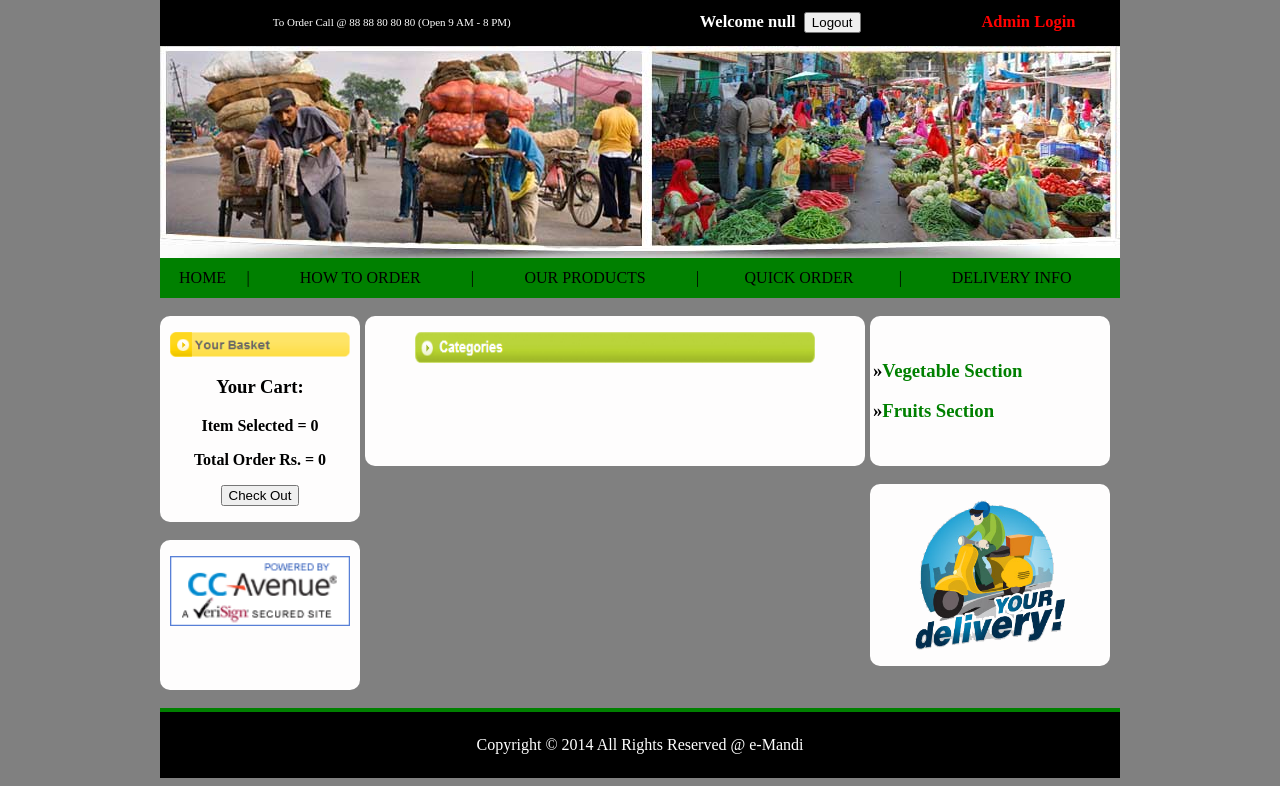
Repository: aashi12/e_mandi
Page: http://localhost/e_mandi/vegitable.jsp
The author's editor kept a copy of each file at every save. The page is drawn from the files as they stood at one save, then again after the next save.
The browser window is 1280 px wide. The pictures show the whole page.
The page is served by Tomcat 9. Queries for data that is not in the repository find no rows.

Above is the page before, as saved 2014-04-18 12:42:01.

After the next save:
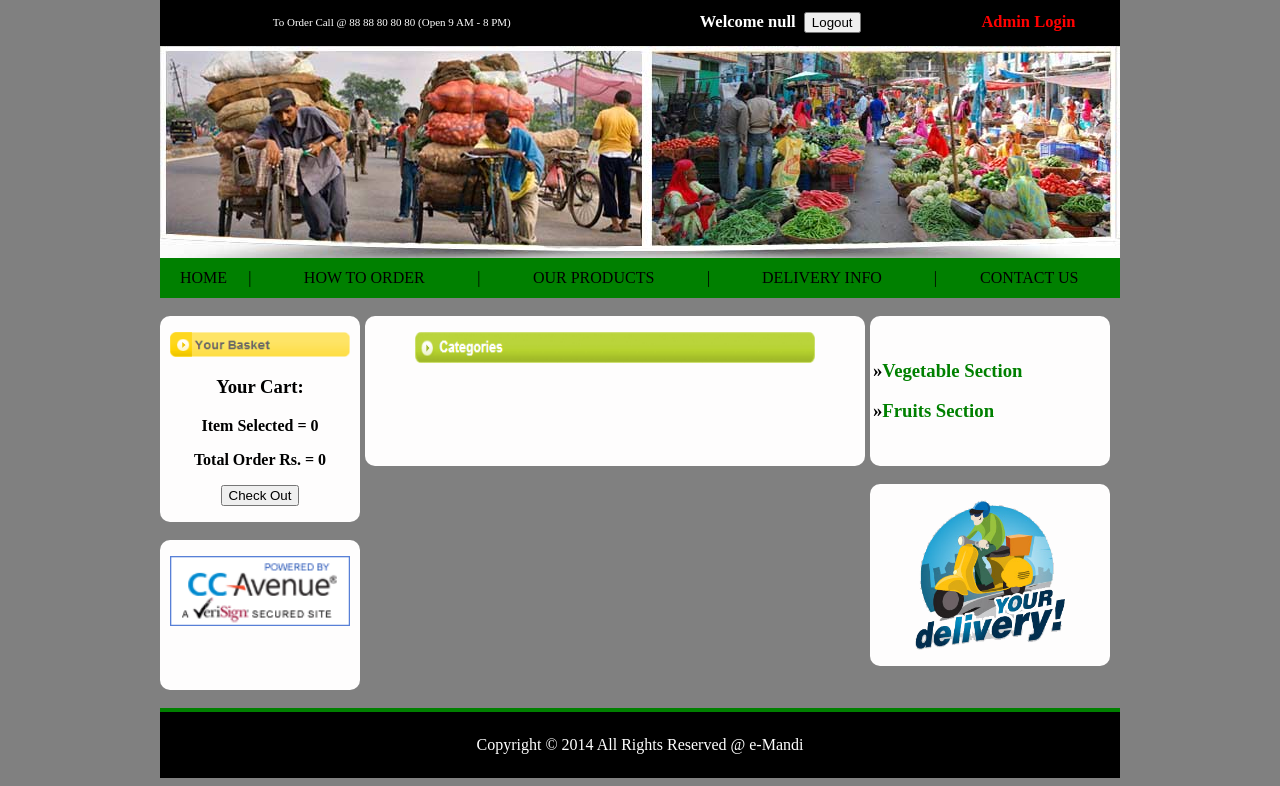
Saved 15 s later.
--- a/e_mandi/WebContent/vegitable.jsp
+++ b/e_mandi/WebContent/vegitable.jsp
@@ -26,7 +26,7 @@ Connection conn;
     try
     {
         Class.forName("oracle.jdbc.driver.OracleDriver");
-        conn = DriverManager.getConnection("jdbc:oracle:thin:@localhost:1521:xe", "system", "ani1");
+        conn = DriverManager.getConnection("jdbc:oracle:thin:@localhost:1521:xe", "system", "1111");
 
         st=conn.createStatement();
         String onion="select * from items";
@@ -76,9 +76,9 @@ out.print("<h2>Welcome "+usd); %>&nbsp;
 <td align="center" class="tab">|</td>
 <td align="center" class="tab"><a href="#">OUR PRODUCTS</a></td>
 <td align="center" class="tab">|</td>
-<td align="center" class="tab"><a href="#">QUICK ORDER</a></td>
-<td align="center" class="tab">|</td>
 <td align="center" class="tab"><a href="#">DELIVERY INFO</a></td>
+<td align="center" class="tab">|</td>
+<td align="center" class="tab"><a href="#">CONTACT US</a></td>
 </tr>
 </table>
 <br/>
